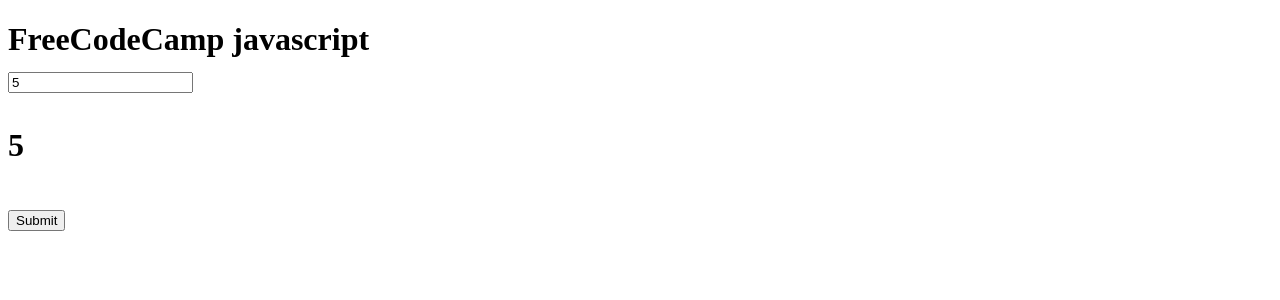
Repository: cuongcay/Clone_YB
Page: FreeCodeCamp.html
The author's editor kept a copy of each file at every save. The page is drawn from the files as they stood at one save, then again after the next save.
The browser window is 1280 px wide. The pictures show the whole page.
Empty fields were first filled with sample values (such as "Sample", 5 or name@example.com).
After loading, the first visible `#submit` was clicked once.

Above is the page before, as saved 2022-08-02 15:59:08.

### FreeCodeCamp.html
<!DOCTYPE html>
<html lang="en">
<head>
    <meta charset="UTF-8">
    <meta http-equiv="X-UA-Compatible" content="IE=edge">
    <meta name="viewport" content="width=device-width, initial-scale=1.0">
    <title>FreeCodeCamp</title>
</head>
<body>
    <h1>
        FreeCodeCamp javascript
        <div >
            <input type="number" id="input" placeholder="Enter Number">
            <p id="hello">hello</p>
            <input type="submit" id="submit" value="Submit" onclick="submit()">
        </div>
    </h1>

    <script type="text/javascript" src="./FreeCodeCamp.js"></script>
</body>
</html>

### FreeCodeCamp.js
function submit(){
    const input = document.getElementById("input").value;
    const hello = document.getElementById("hello");

    const submit = document.getElementById("submit");

    const mod = input%2;

    switch(mod){
        case 1:
            hello.innerHTML = `${input} `
    }
}

After the next save:
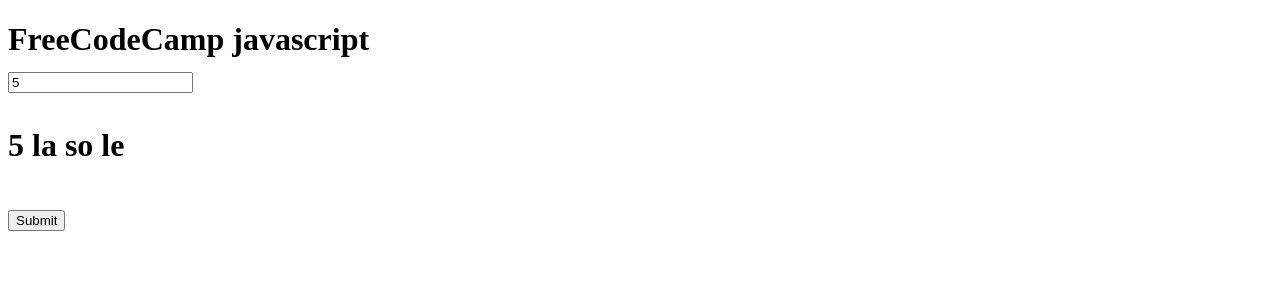
Saved 4 s later.
--- a/FreeCodeCamp.js
+++ b/FreeCodeCamp.js
@@ -8,6 +8,6 @@
 
     switch(mod){
         case 1:
-            hello.innerHTML = `${input} `
+            hello.innerHTML = `${input} la so le`
     }
 }
